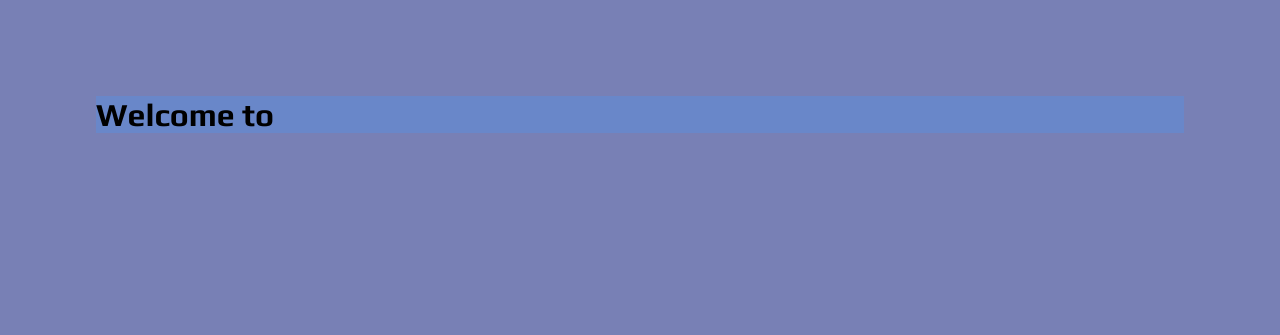
Repository: shaelorch/typeytalkey
Page: /
An editor plug-in stored every save of this project. The page is shown before and after a run of saves, followed by the edit.
The browser window is 1280 px wide. The pictures show the whole page.
The project was rebuilt for these pictures with package versions that can differ from the ones it lists, and the page was loaded fresh each time. The framework's server and built-in components were replaced by stand-ins that run in the browser. Also part of the build but not shown: next.config.js.

Above is the page before, as saved 2023-02-24 14:27:21.

### src/pages/index.js
import Head from 'next/head'
import Image from 'next/image'
import { Inter } from '@next/font/google'
import styles from '@/styles/Home.module.css'

const inter = Inter({ subsets: ['latin'] })

export default function Home() {
  return (
    <>
      <Head>
        <title>Create Next App</title>
        <meta name="description" content="Generated by create next app" />
        <meta name="viewport" content="width=device-width, initial-scale=1" />
        <link rel="icon" href="/favicon.ico" />
      </Head>
      <main className={styles.main}>
        <div style={{backgroundColor:"#6987C9", width:"100%",
      height:"20%"}}>
        <h1>Welcome to  </h1>
        </div>

      </main>
    </>
  )
}

### src/styles/globals.css
@import url('https://fonts.googleapis.com/css2?family=Play:wght@400;700&display=swap');

:root {
  --max-width: 1100px;
  --border-radius: 12px;
  --font-mono: ui-monospace, Menlo, Monaco, 'Cascadia Mono', 'Segoe UI Mono',
    'Roboto Mono', 'Oxygen Mono', 'Ubuntu Monospace', 'Source Code Pro',
    'Fira Mono', 'Droid Sans Mono', 'Courier New', monospace;

  --foreground-rgb: 0, 0, 0;
  --background-start-rgb: 214, 219, 220;
  --background-end-rgb: 255, 255, 255;

  --primary-glow: conic-gradient(
    from 180deg at 50% 50%,
    #16abff33 0deg,
    #0885ff33 55deg,
    #54d6ff33 120deg,
    #0071ff33 160deg,
    transparent 360deg
  );
  --secondary-glow: radial-gradient(
    rgba(255, 255, 255, 1),
    rgba(255, 255, 255, 0)
  );

  --tile-start-rgb: 239, 245, 249;
  --tile-end-rgb: 228, 232, 233;
  --tile-border: conic-gradient(
    #00000080,
    #00000040,
    #00000030,
    #00000020,
    #00000010,
    #00000010,
    #00000080
  );

  --callout-rgb: 238, 240, 241;
  --callout-border-rgb: 172, 175, 176;
  --card-rgb: 180, 185, 188;
  --card-border-rgb: 131, 134, 135;
}

@media (prefers-color-scheme: dark) {
  :root {
    --foreground-rgb: 255, 255, 255;
    --background-start-rgb: 0, 0, 0;
    --background-end-rgb: 0, 0, 0;

    --primary-glow: radial-gradient(rgba(1, 65, 255, 0.4), rgba(1, 65, 255, 0));
    --secondary-glow: linear-gradient(
      to bottom right,
      rgba(1, 65, 255, 0),
      rgba(1, 65, 255, 0),
      rgba(1, 65, 255, 0.3)
    );

    --tile-start-rgb: 2, 13, 46;
    --tile-end-rgb: 2, 5, 19;
    --tile-border: conic-gradient(
      #ffffff80,
      #ffffff40,
      #ffffff30,
      #ffffff20,
      #ffffff10,
      #ffffff10,
      #ffffff80
    );

    --callout-rgb: 20, 20, 20;
    --callout-border-rgb: 108, 108, 108;
    --card-rgb: 100, 100, 100;
    --card-border-rgb: 200, 200, 200;
  }
}

* {
  box-sizing: border-box;
  padding: 0;
  margin: 0;
}

html,
body {
  max-width: 100vw;
  overflow-x: hidden;
}

body {
  color: rgb(var(--foreground-rgb));
  background: linear-gradient(
      to bottom,
      transparent,
      rgb(var(--background-end-rgb))
    )
    rgb(var(--background-start-rgb));
}

a {
  color: inherit;
  text-decoration: none;
}

@media (prefers-color-scheme: dark) {
  html {
    color-scheme: dark;
  }
}

### src/styles/Home.module.css
.main {
  display: flex;
  flex-direction: column;
  justify-content: space-between;
  align-items: center;
  padding: 6rem;
  background-color: #7880B5;
  font-family:play, sans-serif;
  min-height: 100vh;
}

.serverCont {

  display:flex;
    height:50px;
    margin-bottom:20px;
    margin-top:20px;
    color:white;
    width:60%;
    font-weight:bold;
    font-family: play, sans-serif;
    padding:10px;
    border-bottom:1px solid white;
    width:100%;

}
.description {
  display: inherit;
  justify-content: inherit;
  align-items: inherit;
  font-size: 0.85rem;
  max-width: var(--max-width);
  width: 100%;
  z-index: 2;
  font-family: var(--font-mono);
}

.description a {
  display: flex;
  justify-content: center;
  align-items: center;
  gap: 0.5rem;
}

.description p {
  position: relative;
  margin: 0;
  padding: 1rem;
  background-color: rgba(var(--callout-rgb), 0.5);
  border: 1px solid rgba(var(--callout-border-rgb), 0.3);
  border-radius: var(--border-radius);
}

.code {
  font-weight: 700;
  font-family: var(--font-mono);
}

.grid {
  display: grid;
  grid-template-columns: repeat(4, minmax(25%, auto));
  width: var(--max-width);
  max-width: 100%;
}

.card {
  padding: 1rem 1.2rem;
  border-radius: var(--border-radius);
  background: rgba(var(--card-rgb), 0);
  border: 1px solid rgba(var(--card-border-rgb), 0);
  transition: background 200ms, border 200ms;
}

.card span {
  display: inline-block;
  transition: transform 200ms;
}

.card h2 {
  font-weight: 600;
  margin-bottom: 0.7rem;
}

.card p {
  margin: 0;
  opacity: 0.6;
  font-size: 0.9rem;
  line-height: 1.5;
  max-width: 30ch;
}

.center {
  display: flex;
  justify-content: center;
  align-items: center;
  position: relative;
  padding: 4rem 0;
}

.center::before {
  background: var(--secondary-glow);
  border-radius: 50%;
  width: 480px;
  height: 360px;
  margin-left: -400px;
}

.center::after {
  background: var(--primary-glow);
  width: 240px;
  height: 180px;
  z-index: -1;
}

.center::before,
.center::after {
  content: '';
  left: 50%;
  position: absolute;
  filter: blur(45px);
  transform: translateZ(0);
}

.logo,
.thirteen {
  position: relative;
}

.thirteen {
  display: flex;
  justify-content: center;
  align-items: center;
  width: 75px;
  height: 75px;
  padding: 25px 10px;
  margin-left: 16px;
  transform: translateZ(0);
  border-radius: var(--border-radius);
  overflow: hidden;
  box-shadow: 0px 2px 8px -1px #0000001a;
}

.thirteen::before,
.thirteen::after {
  content: '';
  position: absolute;
  z-index: -1;
}

/* Conic Gradient Animation */
.thirteen::before {
  animation: 6s rotate linear infinite;
  width: 200%;
  height: 200%;
  background: var(--tile-border);
}

/* Inner Square */
.thirteen::after {
  inset: 0;
  padding: 1px;
  border-radius: var(--border-radius);
  background: linear-gradient(
    to bottom right,
    rgba(var(--tile-start-rgb), 1),
    rgba(var(--tile-end-rgb), 1)
  );
  background-clip: content-box;
}

/* Enable hover only on non-touch devices */
@media (hover: hover) and (pointer: fine) {
  .card:hover {
    background: rgba(var(--card-rgb), 0.1);
    border: 1px solid rgba(var(--card-border-rgb), 0.15);
  }

  .card:hover span {
    transform: translateX(4px);
  }
}

@media (prefers-reduced-motion) {
  .thirteen::before {
    animation: none;
  }

  .card:hover span {
    transform: none;
  }
}

/* Mobile */
@media (max-width: 700px) {
  .content {
    padding: 4rem;
  }

  .grid {
    grid-template-columns: 1fr;
    margin-bottom: 120px;
    max-width: 320px;
    text-align: center;
  }

  .card {
    padding: 1rem 2.5rem;
  }

  .card h2 {
    margin-bottom: 0.5rem;
  }

  .center {
    padding: 8rem 0 6rem;
  }

  .center::before {
    transform: none;
    height: 300px;
  }

  .description {
    font-size: 0.8rem;
  }

  .description a {
    padding: 1rem;
  }

  .description p,
  .description div {
    display: flex;
    justify-content: center;
    position: fixed;
    width: 100%;
  }

  .description p {
    align-items: center;
    inset: 0 0 auto;
    padding: 2rem 1rem 1.4rem;
    border-radius: 0;
    border: none;
    border-bottom: 1px solid rgba(var(--callout-border-rgb), 0.25);
    background: linear-gradient(
      to bottom,
      rgba(var(--background-start-rgb), 1),
      rgba(var(--callout-rgb), 0.5)
    );
    background-clip: padding-box;
    backdrop-filter: blur(24px);
  }

  .description div {
    align-items: flex-end;
    pointer-events: none;
    inset: auto 0 0;
    padding: 2rem;
    height: 200px;
    background: linear-gradient(
      to bottom,
      transparent 0%,
      rgb(var(--background-end-rgb)) 40%
    );
    z-index: 1;
  }
}

/* Tablet and Smaller Desktop */
@media (min-width: 701px) and (max-width: 1120px) {
  .grid {
    grid-template-columns: repeat(2, 50%);
  }
}

@media (prefers-color-scheme: dark) {
  .vercelLogo {
    filter: invert(1);
  }

  .logo,
  .thirteen img {
    filter: invert(1) drop-shadow(0 0 0.3rem #ffffff70);
  }
}

@keyframes rotate {
  from {
    transform: rotate(360deg);
  }
  to {
    transform: rotate(0deg);
  }
}

Loaded but not shown: src/pages/_app.js (common file); src/pages/_document.js (common file)

After the next 4 saves:
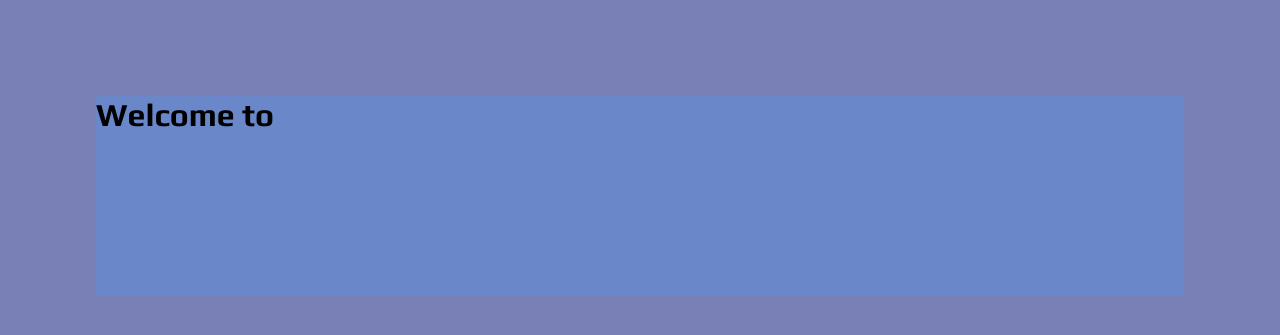
The 4 saves are shown as one change because they came seconds apart.
The last was saved 15 s later.
--- a/src/pages/index.js
+++ b/src/pages/index.js
@@ -16,7 +16,7 @@
       </Head>
       <main className={styles.main}>
         <div style={{backgroundColor:"#6987C9", width:"100%",
-      height:"20%"}}>
+      height:200}}>
         <h1>Welcome to  </h1>
         </div>
 
